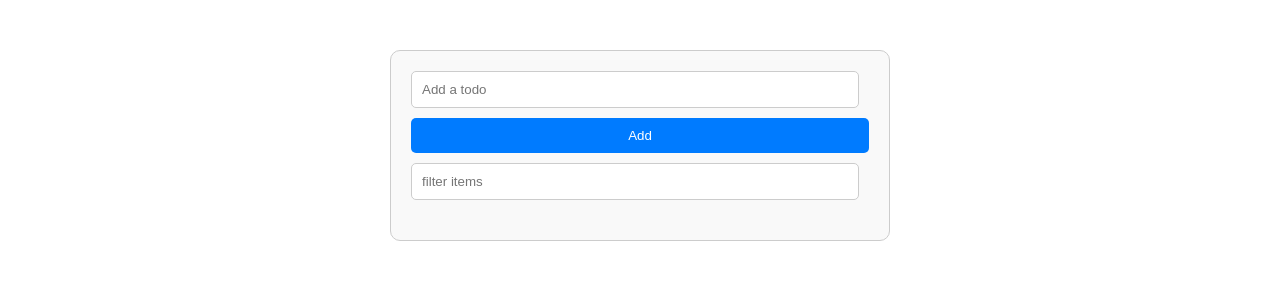
Repository: Fariadd/Vanilla-JS
Page: movieAPI/index.html
The author's editor kept a copy of each file at every save. The page is drawn from the files as they stood at one save, then again after the next save.
The browser window is 1280 px wide. The pictures show the whole page.

Above is the page before, as saved 2024-10-02 20:24:14.

After the next save:
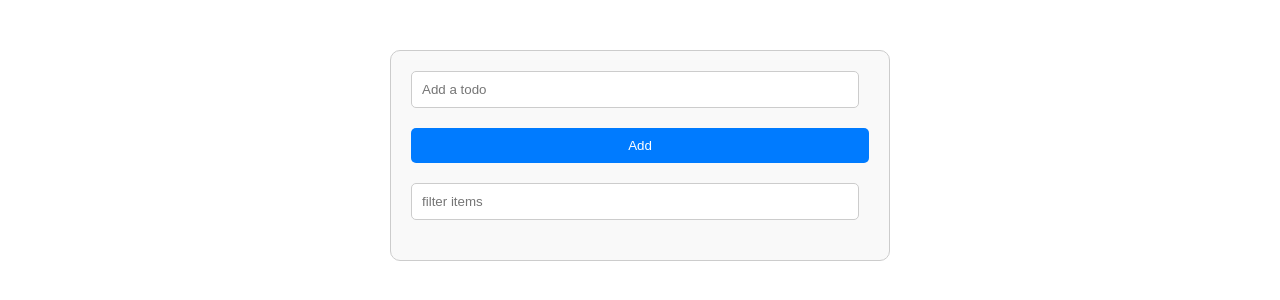
Saved 9 s later.
--- a/movieAPI/style.css
+++ b/movieAPI/style.css
@@ -22,7 +22,7 @@
    flex-direction: column;
    justify-content: space-between;
    margin-bottom: 20px;
-  gap: 10px;
+  row-gap: 20px;
  }
 
  .input {
